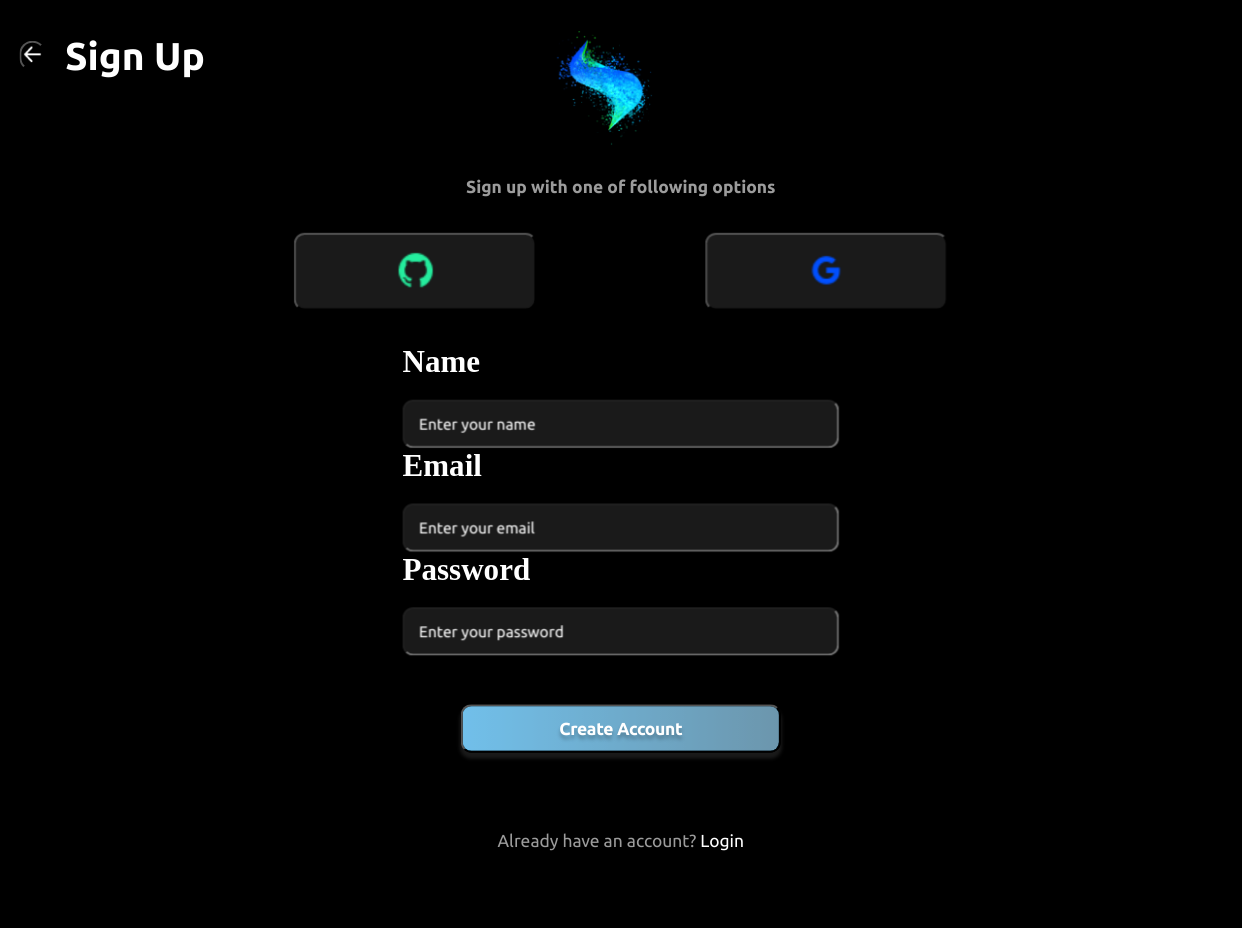
Repository: Cherced/QuanticFilms
Page: /signUp
These files come from the project's save history. The page is drawn as it stood at one moment and after the next save; the edit follows.
The browser window is 1280 px wide. The pictures show the whole page, at 97% of full size.
The project was rebuilt for these pictures with package versions that can differ from the ones it lists, and the page was loaded fresh each time. The framework's server and built-in components were replaced by stand-ins that run in the browser.

Above is the page before, as saved 2022-06-10 12:04:26.

### pages/_app.js
import '../sass/global.scss'
import {SessionProvider} from 'next-auth/react'



function MyApp({ Component, pageProps }) {
  return <SessionProvider>
            <Component {...pageProps} />
        </SessionProvider>
  }

export default MyApp

### pages/signUp.jsx
import React from 'react'
import {useRouter} from 'next/router'
import { ButtonColors } from '../components/atoms/ButtonColors'
import { HeaderFloat } from '../components/atoms/HeaderFloat'
import {ButtonsAccesBySM} from '../components/molecules/ButtonsAccesBySM'
import { SignUpForm } from '../components/molecules/SignUpForm'


const SignUp = () => {
  const router = useRouter()
  return (
    <div className="signUpContainer">
        <HeaderFloat src={"/images/arrow-left.png"} path={"login"} HeaderClass="headerText" HeaderNavClass="headerNavText" titleHeader="Sign Up"/>
        <p className="parragaphAccount">Sign up with one of following options</p>
        <ButtonsAccesBySM path={""} img1={"/images/mac.png"} img2={"/images/google.png"} alt="mediaLink" />
        <SignUpForm />
        <div className="principalButtonSignUp">
        <ButtonColors path={"/customization"} title="Create Account" />
        <p className="parragaphAccountSignUp">Already have an account? <a onClick={() => router.push("login")}>Login</a></p>
        </div>
    </div>
  )
}

export default SignUp

### sass/global.scss
@import "./vars";
@import "./components";
@import "./pages/start";
@import "./pages/login";
@import "./pages/signUp";
@import "./pages/costumization";
@import "./pages/home";
@import "./pages/account";

### components/atoms/ButtonColors.jsx
import React from 'react'
import { useRouter } from 'next/router'

export const ButtonColors = (props) => {
    const router = useRouter()
  return (
    <button onClick={() => router.push(`/${props.path}`)}>{props.title}</button>
  )
}

### components/atoms/HeaderFloat.jsx
import React from 'react'
import { useRouter } from 'next/router'

export const HeaderFloat = (props) => {
    const router = useRouter()
  return (
    <header className={props.HeaderClass}>
        <nav  className={props.HeaderNavClass}>
            <button onClick={() => router.push(`/${props.path}`)}>
                <img src={props.src} alt="BrandLogo"/>
            </button>
        </nav>
        <h1>{props.titleHeader}</h1>
        <div className="BrandIcon">
        <img src="/images/brandLogoHeader.png" alt="BrandLogo"/>
        </div>
    </header>
  )
}

### components/molecules/ButtonsAccesBySM.jsx
import React from 'react'
import { ButtonAccount } from '../atoms/ButtonAccount'

export const ButtonsAccesBySM = (props) => {
  return (
    <div className="buttonsAccesBySM">
        <ButtonAccount path={props.pathG} img={props.img1} alt={props.alt} />
        <ButtonAccount path={props.pathGO} img={props.img2} alt={props.alt} />
    </div>
  )
}

### components/molecules/SignUpForm.jsx
import React from 'react'
import { InputBasicAccont } from '../atoms/InputBasicAccont'

export const SignUpForm = () => {
  return (
    <div className="formContainer">
        <InputBasicAccont titleForm="Name" placeholder="Enter your name" password={false} />
        <InputBasicAccont titleForm="Email" placeholder="Enter your email" password={false} />
        <InputBasicAccont titleForm="Password" placeholder="Enter your password" password={true} />
    </div>
  )
}

### sass/_vars.scss
@import url('https://fonts.googleapis.com/css2?family=Ubuntu:ital,wght@0,300;0,400;0,500;0,700;1,300;1,400;1,500;1,700&display=swap');

$FontTitle: 'Ubuntu', sans-serif;

*{
    margin: 0;
    padding: 0;
    box-sizing: border-box;
}

body{
    background: black;
}
// forms Position
.formContainer{
    margin-top: 25px;
    width: 100%;
    display: flex;
    flex-direction: column;
    align-items: center;

}

//pruebas::after

.pruebas{
    min-width: 100vw;
    min-height: 100vh;
    box-sizing: border-box;
    margin: auto;
    padding: 0px;
    display: flex;
    justify-content: center;
    align-items: center;
    flex-direction: column;
}

### sass/_components.scss
@import "./mixxins";
@import "./components/headerFloat";
@import "./components/buttonsAccesBySM";
@import "./components/inputBasicAccount";
@import "./components/welcomeAnimation";
@import "./components/FilterSearch";
@import "./components/buttonAddCategory";
@import "./components/sliderInfinite";
@import "./components/sliderSmallCase";
@import "./components/filterByOptions";
@import "./components/progressBar";
@import "./components/userInfo";
@import "./components/logOut";
@import "./components/footer";

### sass/_mixxins.scss
@mixin ButtonColors {
    button {
        width: 330px;
        height: 50px;
        background: linear-gradient(270deg, #000000, #15adff, #25ed9e, #313a35, #000000);
        background-size: 1000% 1000%;
        -webkit-animation: AnimationName 10s ease infinite;
        -moz-animation: AnimationName 10s ease infinite;
        animation: AnimationName 10s ease infinite;
        box-shadow: 0px 5px 4px 1px #1A1A1A, inset 0px 4px 4px 629px rgba(255, 255, 255, 0.4);
        border-radius: 11px;
        color: whitesmoke;
        font-family: $FontTitle;
        font-style: normal;
        font-weight: 700;
        font-size: 18px;
        line-height: 21px;
        letter-spacing: -0.02em;
        color: #FFFFFF;
        text-shadow: 0px 4px 4px rgba(0, 0, 0, 0.25);
    }

    @media screen and (max-width: 320px) {
        button {
            width: 280px;
        }
    }

    @media screen and (max-width: 320px) and (max-height: 372px) {
        button {
            width: 280px;
        }
    }

    @-webkit-keyframes AnimationName {
        0% {
            background-position: 0% 50%
        }

        50% {
            background-position: 100% 50%
        }

        100% {
            background-position: 0% 50%
        }
    }

    @-moz-keyframes AnimationName {
        0% {
            background-position: 0% 50%
        }

        50% {
            background-position: 100% 50%
        }

        100% {
            background-position: 0% 50%
        }
    }

    @keyframes AnimationName {
        0% {
            background-position: 0% 50%
        }

        50% {
            background-position: 100% 50%
        }

        100% {
            background-position: 0% 50%
        }
    }
}

### sass/components/_headerFloat.scss
.headerText {
    display: flex;
    align-items: center;
    height: 95px;
    padding: 20px 0 0 0;

    .headerNavText {
        margin: 0 20px;

        button {
            background-color: transparent;
            border-radius: 50px;
        }
    }

    h1 {
        font-family: 'Ubuntu';
        font-style: normal;
        font-weight: 700;
        font-size: 24px;
        line-height: 28px;
        /* identical to box height */


        color: #FFFFFF;

    }

    .BrandIcon {
        position: absolute;
        top: 10px;
        left: 226px;
        z-index: 1;
    }
}

.headerJustBack {
    display: flex;
    align-items: center;
    height: 55px;
    padding: 20px 0 0 0;

    .headerNavText {
        margin: 0 20px;

        button {
            background-color: transparent;
            border-radius: 50px;
        }
    }

    .BrandIcon {
        display: none;
    }
}

@media screen and (min-width: 375px) {
    .headerText {
        .BrandIcon {
            left: 210px;
        }
    }
}

### sass/components/_buttonsAccesBySM.scss
.buttonsAccesBySM {
    width: 100%;
    margin-top: 40px;
    display: flex;
    justify-content: space-evenly;

    button {
        width: 160px;
        height: 60px;
        background: rgba(255, 255, 255, 0.1);
        box-shadow: 0px 4px 4px rgba(0, 0, 0, 0.25);
        backdrop-filter: blur(4px);
        border-radius: 11px;
    }
}

@media screen and (max-width: 320px) {
    .buttonsAccesBySM {
        margin-top: 30px;
        justify-content: space-evenly;
        button {
            width: 140px;
        }
    }
}


@media screen and (min-width: 414px) {
    .buttonsAccesBySM {
        margin-top: 50px;
        justify-content: space-evenly;
        button {
            width: 180px;
            height: 70px;
            img{
                width: 30px;
            }
        }
    }
}


@media screen and (min-width: 768px) {
    .buttonsAccesBySM {
        margin-top: 80px;
        justify-content: space-evenly;
        button {
            width: 340px;
            height: 90px;
            img{
                width: 35px;
            }
        }
    }
}


@media screen and (min-width: 1024px) {
    .buttonsAccesBySM {
        margin-top: 40px;
        justify-content: space-evenly;
        width: 600px;
        button {
            width: 250px;
            height: 80px;
            img{
                width: 35px;
            }
        }
    }
}

### sass/components/_inputBasicAccount.scss
.inputBasicAccont {
    label {
        font-family: 'Ubuntu';
        font-style: normal;
        font-weight: 700;
        font-size: 18px;
        line-height: 21px;
        color: #FFFFFF;
        margin-top: 10px;
    }

    input {
        width: 330px;
        height: 40px;
        font-family: 'Ubuntu';
        font-style: normal;
        font-weight: 400;
        font-size: 14px;
        line-height: 16px;
        color: #FFFFFF;
        background: rgba(255, 255, 255, 0.1);
        box-shadow: 0px 4px 4px rgba(0, 0, 0, 0.25);
        backdrop-filter: blur(4px);
        border-radius: 11px;
        margin-top: 20px;
        padding-left: 15px;
    }

    .passwordInput {
        width: 330px;

        img {
            position: relative;
            right: -290px;
            top: -30px
        }

        input {
            width: 330px;
            height: 40px;
            font-family: 'Ubuntu';
            font-style: normal;
            font-weight: 400;
            font-size: 14px;
            line-height: 16px;
            color: #FFFFFF;
            background: rgba(255, 255, 255, 0.1);
            box-shadow: 0px 4px 4px rgba(0, 0, 0, 0.25);
            backdrop-filter: blur(4px);
            border-radius: 11px;
            margin-top: 20px;
            padding-left: 15px;
        }
    }
}

@media screen and (max-width: 320px) {
    .inputBasicAccont {
        input {
            width: 280px;
        }

        .passwordInput {
            width: 280px;

            img {
                position: relative;
                right: -245px;
                top: -30px
            }

            input {
                width: 280px;
            }
        }
    }

}


@media screen and (min-width: 414px) {
    .inputBasicAccont {
        input {
            width: 350px;
        }

        .passwordInput {
            width: 350px;

            img {
                position: relative;
                right: -310px;
                top: -30px
            }

            input {
                width: 350px;
            }
        }
    }

}


@media screen and (min-width: 768px) {
    .inputBasicAccont {
        label {
            margin-top: 20px;
            font-size: 20px;
        }

        input {
            width: 450px;
            height: 50px;
            font-size: 16px;
        }

        .passwordInput {
            width: 450px;

            img {
                position: relative;
                right: -400px;
                top: -35px
            }

            input {
                width: 450px;
                height: 50px;
                font-size: 16px;
            }
        }
    }
}

### sass/components/_FilterSearch.scss
.FilterSearch {
    width: 280px;
    height: 45px;
    box-shadow: 0px 4px 4px rgba(0, 0, 0, 0.25), 0px 4px 4px rgba(255, 255, 255, 0.25);
    border-radius: 18px;
    animation: shadownText 3s ease-in-out infinite;
    input {
        padding-left: 50px;
        width: 100%;
        height: 45px;
        background: #1A1A1A;
        box-shadow: 0px 4px 4px rgba(0, 0, 0, 0.25);
        backdrop-filter: blur(4px);
        border-radius: 22px;
        color: #FFFFFF;
    }

    button {
        width: 35px;
        height: 35px;
        position: relative;
        top: -40px;
        left: 10px;
        border-radius: 46px;

        img {
            background: #1A1A1A;
            width: 100%;
            height: 100%;
            border-radius: 20px;
        }

    }
}
@media screen and (min-width: 375px) {
    .FilterSearch{
        width: 300px;
    }

}


@media screen and (min-width: 768px) {
    .FilterSearch{
        width: 450px;
    }
}

### sass/components/_buttonAddCategory.scss
.PopularCategoriesContainer {
    width: 95%;
    height: auto;
    display: flex;
    flex-direction: row;
    flex-wrap: wrap;
    justify-content: space-evenly;

    .ButtonAddCategorie {
        display: flex;
        justify-content: space-evenly;
        align-items: center;
        width: auto;
        height: auto;
        background: #1A1A1A;
        box-shadow: 0px 4px 4px rgb(0 0 0 / 25%);
        border-radius: 30px;
        font-family: "Ubuntu", sans-serif;
        font-style: normal;
        font-weight: 500;
        font-size: 17px;
        line-height: 18px;
        text-align: center;
        letter-spacing: -0.165px;
        color: #FFFFFF;
        margin: 15px 0;
        padding: 5px;
        box-shadow: 0px 4px 4px rgba(0, 0, 0, 0.25), 0px 4px 4px rgba(255, 255, 255, 0.35);
        border-radius: 18px;
        animation: shadownText 10s ease-in-out infinite;
        img {
            padding-left: 20px;
        }

    }
}
@media screen and (min-width: 375px){
    .PopularCategoriesContainer{
        margin-top: 30px;
    }
}

@media screen and (min-width: 414px){
    .PopularCategoriesContainer{
        margin-top: 50px;
    }
}

### sass/components/_sliderInfinite.scss
.sliderInfiniteMoviesContainer {
    margin: 50px 0;
    width: 100%;
    max-width: 400px;
    overflow: hidden;

    .sliderContent {
        display: flex;
        width: 2000%;
        height: 400px;
        margin-left: -100%;
        .sliderContentItem__image {
            width: 100%;
            background: transparent;
            border: none;
            .sliderImg {
                display: block;
                width: 100%;
                height: 100%;
                object-fit: contain;
                border-radius: 200px;
            }
        }
    }

    .slider--BTN {
        position: relative;
        width: 40px;
        height: 40px;
        background: rgba(255, 255, 255, 0.7);
        top: 20px;
        transform: translateY(-50%);
        border-radius: 50%;
        cursor: pointer;
        z-index: 1;
        font-size: 30px;
        font-weight: bold;
        font-family: 'Ubuntu';
    }

    .slider--BTN:hover {
        background: rgba(255, 255, 255, 0.9);
    }

    .btn--lf {
        left: 50px;
    }

    .btn--rg {
        left: 250px;
    }
}

### sass/components/_filterByOptions.scss
.filterByOptionsContainer {
    width: 90%;
    display: flex;
    margin: 30px 0;


    .switchByOptions {
        background: transparent;
        border-radius: 50px;
        width: 32px;
        height: 32px;
        margin-left: 47%;
        transition: all 1.3s ease;
    }

    .filterSelectsThree {
        width: 0;
        display: flex;
        flex-direction: row;
        opacity: 0;
        justify-content: space-between;
        transition: 1s ease;
        .optionFilter {
            width: auto;
            height: 30px;
            padding: 0 8px;

            select {
                padding: 5px;
                border-radius: 30px;
                border: 1px solid transparent;
                width: 100%;
                height: 100%;
                color: #FFFFFF;
                background: #1A1A1A;
                box-shadow: 0px 4px 4px rgba(0, 0, 0, 0.25);
                animation: shadownText 5s ease-in-out infinite;
                background: #1A1A1A;
                box-shadow: 0px 4px 4px rgba(0, 0, 0, 0.25), inset 0px 4px 4px rgba(0, 0, 0, 0.25);
            }
        }

    }
}

### sass/components/_progressBar.scss

.container-bar {
	flex-direction: column;
	display: flex;
	align-items: center;
	justify-content: center;

}

.progress {
	background-color: rgba(37, 40, 54, 0.8);
	border-radius: 20px;
	position: relative;
	height: 43px;
	width: 308px;
    padding: 6px 8px 0 8px;
}

.progress-bar {
	background:#E7E1E1;
	border-radius: 20px;
	height: 30px;
	width: 0;
	transition: 1s ease 0.3s;
}

### sass/components/_userInfo.scss
.accountContent {
    padding: 0;
    margin: 0;
    width: 100%;
    height: 100%;
    margin-top: 20px;

    .userAvatar {
        display: flex;
        flex-direction: column;
        align-items: center;
        justify-content: center;

        img {
            width: 250px;
            height: 250px;
            border-radius: 50%;
            margin-bottom: 20px;
            object-fit: cover;
            box-shadow: 0px 5px 4px 1px #1A1A1A, inset 0px 4px 4px 629px rgba(255, 255, 255, 0.4);
        }

        h1 {
            color: #FFFFFF;
            font-family: 'Ubuntu';
            animation: shadownText 3s ease-in-out infinite;
        }

    }
}

### sass/components/_logOut.scss
.logOut{
    display: flex;
    flex-direction: row;
    align-items: center;
    justify-content: center;
    width: 300px;
    height: 100px;
    h1{
        margin-bottom: 30px;
        color: #FFFFFF;
        font-family: 'Ubuntu';
        animation: shadownText 3s ease-in-out infinite;
    }
    img{
        padding: 10px;
    }
}

### sass/components/_footer.scss
.footerContainer{
    margin-top: 35px;
    width: 100%;
    height: 70px;
    border-radius: 50px 50px 0 0;
    background-color: #1A1A1A;
    display: flex;
    justify-content: space-evenly;
    align-items: center;
    button{
        width: 40px;
        height: 40px;
        background-color: #1A1A1A;
        border-radius: 50%;
    }
}

### sass/pages/_home.scss
.homeContainer {
    display: flex;
    flex-direction: column;
    align-items: center;
    justify-content: space-evenly;
    min-height: 100vh;
    width: 100%;

    .headerHome{
        width: 100%;
        height: 120px;
        display: flex;
        align-items: center;
        justify-content: center;
        background-color: #1A1A1A;
        border-radius: 0 0 50px 50px;
        margin-bottom: 50px;
        animation: shadownText 3s ease-in-out infinite;
        .BRANDLOGO {
            z-index: 2;
            width: 120px;
            height: 120px;
        }

    }

}

### sass/pages/_account.scss
.accountContainer {
    min-height: 100vh;
    width: 100%;
    display: flex;
    flex-direction: column;
    align-items: center;
    justify-content: flex-start;

    .userOptions {
        display: flex;
        flex-direction: column;
        align-items: center;
        justify-content: center;
        @include ButtonColors;
        margin-top: 20px;

        :nth-child(2) {
            margin-top: 20px;
        }

        .container-bar {
            font-family: 'Ubuntu';
            font-style: normal;
            font-weight: 300;
            font-size: 15px;
            line-height: 18px;
            color: #FFFFFF;
            margin-top: 20px;

            p {
                margin-bottom: 5px;
            }

        }

        animation: shadownText 3s ease-in-out infinite;
    }

}

### components/atoms/ButtonAccount.jsx
import React from 'react'
import { useRouter } from 'next/router'

export const ButtonAccount = (props) => {
    const router = useRouter()
  return (
    <button onClick={props.path} > <img src={props.img} alt={props.alt} /></button>
  )
}

### components/atoms/InputBasicAccont.jsx
import React from 'react'

export const InputBasicAccont = (props) => {
  return (
    <div className="inputBasicAccont">
        <h1>{props.titleForm}</h1>
        <input type={props.type} value={props.placeholder} name={props.name} autoComplete={props.autoComplete}  />
    </div>
  )
}

Loaded but not shown: sass/components/_welcomeAnimation.scss (782 lines, source omitted); sass/pages/_signUp.scss (511 lines, source omitted); sass/pages/_login.scss (293 lines, source omitted); sass/pages/_start.scss (196 lines, source omitted); sass/components/_sliderSmallCase.scss (158 lines, source omitted); sass/pages/_costumization.scss (147 lines, source omitted)

After the next save:
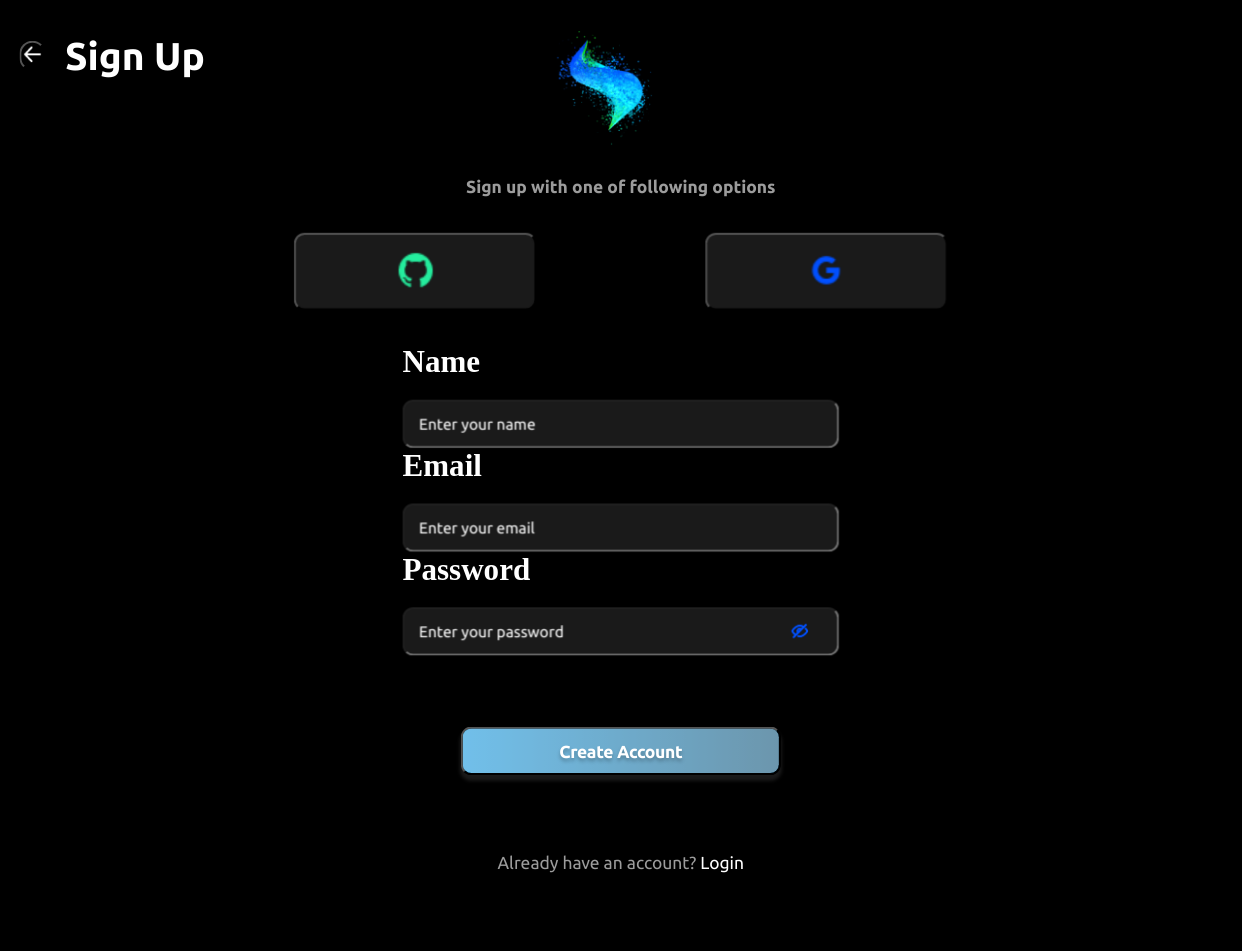
Saved 2 min 21 s later.
--- a/components/atoms/InputBasicAccont.jsx
+++ b/components/atoms/InputBasicAccont.jsx
@@ -4,7 +4,19 @@ export const InputBasicAccont = (props) => {
   return (
     <div className="inputBasicAccont">
         <h1>{props.titleForm}</h1>
+        {
+
+        props.password ?
+        (
+        <div className="passwordInput">
+        <input type={props.type} value={props.placeholder} name={props.name} autoComplete={props.autoComplete} />
+        <img src="/images/checkedPassword.png" alt="icon-check"/>
+        </div>
+        ) :
+        (
         <input type={props.type} value={props.placeholder} name={props.name} autoComplete={props.autoComplete}  />
+        )
+        }
     </div>
   )
 }
